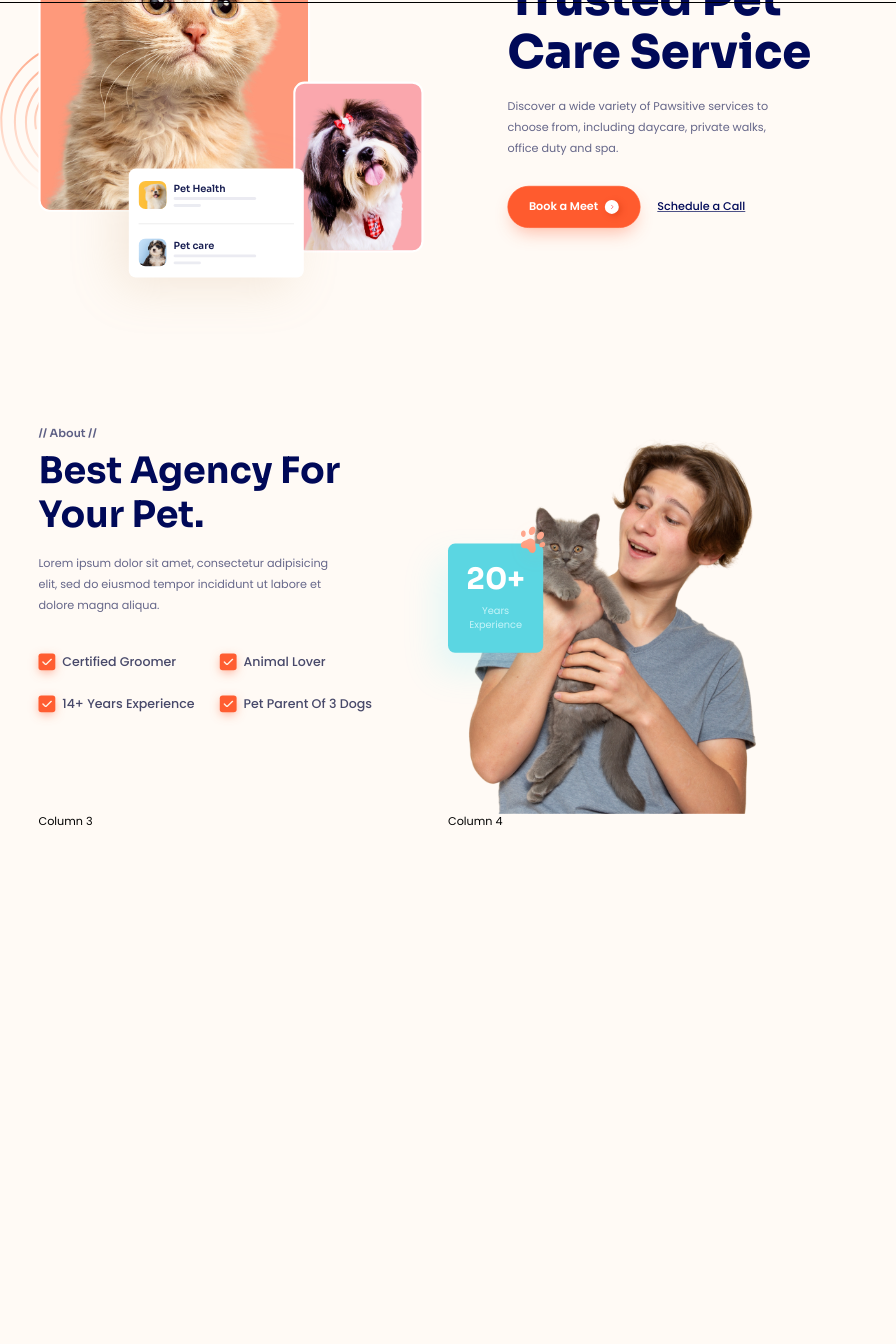
Repository: empty24062002/f8-project-05
Page: index.html
The author's editor kept a copy of each file at every save. The page is drawn from the files as they stood at one save, then again after the next save.
The browser window is 1280 px wide. The pictures show the part of the page from y = 361 to 2281 px (the page is 10965 px tall), at 70% of full size.

Above is the page before, as saved 2023-09-11 10:23:08.

### index.html
<!DOCTYPE html>
<html lang="en">
    <head>
        <meta charset="UTF-8" />
        <meta name="viewport" content="width=device-width, initial-scale=1.0" />
        <title>Lucy</title>
        <!-- favicon -->
        <link
            rel="apple-touch-icon"
            sizes="57x57"
            href="./assets/favicon/apple-icon-57x57.png"
        />
        <link
            rel="apple-touch-icon"
            sizes="60x60"
            href="./assets/favicon/apple-icon-60x60.png"
        />
        <link
            rel="apple-touch-icon"
            sizes="72x72"
            href="./assets/favicon/apple-icon-72x72.png"
        />
        <link
            rel="apple-touch-icon"
            sizes="76x76"
            href="./assets/favicon/apple-icon-76x76.png"
        />
        <link
            rel="apple-touch-icon"
            sizes="114x114"
            href="./assets/favicon/apple-icon-114x114.png"
        />
        <link
            rel="apple-touch-icon"
            sizes="120x120"
            href="./assets/favicon/apple-icon-120x120.png"
        />
        <link
            rel="apple-touch-icon"
            sizes="144x144"
            href="./assets/favicon/apple-icon-144x144.png"
        />
        <link
            rel="apple-touch-icon"
            sizes="152x152"
            href="./assets/favicon/apple-icon-152x152.png"
        />
        <link
            rel="apple-touch-icon"
            sizes="180x180"
            href="./assets/favicon/apple-icon-180x180.png"
        />
        <link
            rel="icon"
            type="image/png"
            sizes="192x192"
            href="./assets/favicon/android-icon-192x192.png"
        />
        <link
            rel="icon"
            type="image/png"
            sizes="32x32"
            href="./assets/favicon/favicon-32x32.png"
        />
        <link
            rel="icon"
            type="image/png"
            sizes="96x96"
            href="./assets/favicon/favicon-96x96.png"
        />
        <link
            rel="icon"
            type="image/png"
            sizes="16x16"
            href="./assets/favicon/favicon-16x16.png"
        />
        <link rel="manifest" href="./assets/favicon/manifest.json" />
        <meta name="msapplication-TileColor" content="#ffffff" />
        <meta
            name="msapplication-TileImage"
            content="./assets/favicon/ms-icon-144x144.png"
        />
        <meta name="theme-color" content="#ffffff" />
        <!-- reset CSS -->
        <link rel="stylesheet" href="./assets/css/reset.css" />
        <!-- embed font -->
        <link rel="preconnect" href="https://fonts.googleapis.com" />
        <link rel="preconnect" href="https://fonts.gstatic.com" crossorigin />
        <link
            href="https://fonts.googleapis.com/css2?family=Poppins:wght@300;400;500;600&family=Sora:wght@600;700;800&display=swap"
            rel="stylesheet"
        />
        <!-- style css -->
        <link rel="stylesheet" href="./assets/css/styles.css" />
    </head>
    <body>
        <!-- header -->
        <header class="header">
            <div class="container">
                <div class="header__inner">
                    <!-- logo -->
                    <a href="#!">
                        <img
                            src="./assets/img/logo.svg"
                            alt="Lucy"
                            class="header__logo"
                        />
                    </a>
                    <!-- navbar -->
                    <nav class="navbar">
                        <ul class="navbar__list">
                            <li class="navbar__item">
                                <a href="#!" class="navbar__link"> Home </a>
                            </li>
                            <li class="navbar__item">
                                <a href="#!" class="navbar__link"> About </a>
                            </li>
                            <li class="navbar__item">
                                <a href="#!" class="navbar__link"
                                    >Services & Rates
                                </a>
                            </li>
                            <li class="navbar__item">
                                <a href="#!" class="navbar__link"> Reviews </a>
                            </li>
                            <li class="navbar__item">
                                <a href="#!" class="navbar__link">
                                    Contacts us
                                </a>
                            </li>
                        </ul>
                    </nav>
                    <!-- header action -->
                    <div class="header-action">
                        <a href="#!" class="header-action__link">Sign in</a>
                        <a href="#!" class="btn header-action__btn">Sign up</a>
                    </div>
                </div>
            </div>
        </header>
        <!-- hero -->
        <section class="hero">
            <div class="container">
                <div class="hero__inner">
                    <!-- hero media -->
                    <div class="hero__media">
                        <div class="hero__img-wrap">
                            <img
                                src="./assets/img/hero__img1.png"
                                alt=""
                                class="hero__img"
                            />

                            <!-- Decorators -->
                            <img
                                src="./assets/img/decor__01.svg"
                                alt=""
                                class="hero__decor hero__decor-left"
                            />
                            <img
                                src="./assets/img/decor__02.svg"
                                alt=""
                                class="hero__decor hero__decor-right"
                            />
                        </div>
                        <div class="hero__img-wrap hero__img-wrap-small">
                            <img
                                src="./assets/img/hero__img2.png"
                                alt=""
                                class="hero__img"
                            />
                        </div>

                        <div class="hero__list">
                            <!-- hero list item 1 -->
                            <section class="hero-list-item">
                                <img
                                    src="./assets/img/hero__img3.png"
                                    alt=""
                                    class="hero-list-item__thump"
                                />
                                <div class="hero-list-item__info">
                                    <p class="hero-list-item__title">
                                        Pet Health
                                    </p>
                                    <div class="hero-list-item__skeleton"></div>
                                    <div
                                        class="hero-list-item__skeleton"
                                        style="--width: 39px"
                                    ></div>
                                </div>
                            </section>

                            <div class="hero-list-item__separate"></div>
                            <!-- hero list item 2 -->
                            <section class="hero-list-item">
                                <img
                                    src="./assets/img/hero__img4.png"
                                    alt=""
                                    class="hero-list-item__thump"
                                />
                                <div class="hero-list-item__info">
                                    <p class="hero-list-item__title">
                                        Pet care
                                    </p>
                                    <div class="hero-list-item__skeleton"></div>
                                    <div
                                        class="hero-list-item__skeleton"
                                        style="--width: 39px"
                                    ></div>
                                </div>
                            </section>
                        </div>
                    </div>
                    <!-- hero content -->
                    <section class="hero__content">
                        <h1 class="hero__heading">
                            Established & Trusted Pet Care Service
                        </h1>
                        <p class="hero__desc">
                            Discover a wide variety of Pawsitive services to
                            choose from, including daycare, private walks,
                            office duty and spa.
                        </p>
                        <div class="hero__row">
                            <a href="#!" class="btn btn--primary hero__cta-btn">
                                Book a Meet
                                <span class="btn__icon">
                                    <svg
                                        width="5"
                                        height="6"
                                        viewBox="0 0 5 6"
                                        fill="none"
                                        xmlns="http://www.w3.org/2000/svg"
                                    >
                                        <path
                                            d="M1.48584 0.5L3.98584 3L1.48584 5.5"
                                            stroke="#FD5056"
                                            stroke-linecap="round"
                                            stroke-linejoin="round"
                                        />
                                    </svg>
                                </span>
                            </a>
                            <a href="#!" class="hero__cta-link">
                                Schedule a Call
                            </a>
                        </div>
                    </section>
                </div>
            </div>
        </section>
        <main style="height: 10000px">
            <!-- about -->
            <section class="about">
                <div class="container">
                    <div class="about__inner">
                        <section class="about__content">
                            <p class="about__lable">// About //</p>
                            <h2 class="about__heading section-heading">
                                Best Agency For Your Pet.
                            </h2>
                            <p class="about__desc section-desc">
                                Lorem ipsum dolor sit amet, consectetur
                                adipisicing elit, sed do eiusmod tempor
                                incididunt ut labore et dolore magna aliqua.
                            </p>
                            <div class="about__checklist">
                                <span class="about__check-item">
                                    Certified Groomer
                                </span>
                                <span class="about__check-item">
                                    Animal Lover
                                </span>
                                <span class="about__check-item">
                                    14+ Years Experience
                                </span>
                                <span class="about__check-item">
                                    Pet Parent Of 3 Dogs
                                </span>
                            </div>
                        </section>
                        <div class="about__media">
                            <!-- About card -->
                            <div class="about__card">
                                <b class="about__card-title">20+</b>
                                <p class="about__card-desc">Years Experience</p>
                                <img
                                    src="./assets/img/about-decor1.svg"
                                    alt=""
                                    class="about__card-decor"
                                />
                            </div>
                            <!-- About img wrapper -->
                            <figure class="aobut__img-wrap">
                                <img
                                    src="./assets/img/about-img1.png"
                                    alt=""
                                    class="about__img"
                                />
                            </figure>
                        </div>
                        <div class="about__media">Column 3</div>
                        <section class="about__content">Column 4</section>
                    </div>
                </div>
            </section>
        </main>
    </body>
</html>

### assets/css/styles.css
* {
    box-sizing: border-box;
}

:root {
    --primary-color: #ff5b2e;
}

html {
    font-size: 62.5%;
}

body {
    font-size: 1.6rem;
    font-family: "Poppins", sans-serif;
    background: #fffaf5;
}

/* common */

h1,
h2,
h3,
h4,
h5,
h6 {
    font-family: "Sora", sans-serif;
}

input,
textarea,
select,
button {
    font-size: inherit;
    font-family: inherit;
}

a {
    text-decoration: none;
}

.container {
    width: 1170px;
    max-width: calc(100% - 48px);
    margin: 0 auto;
}

.btn {
    --height: 56px;

    display: inline-flex;
    align-items: center;
    justify-content: center;
    min-width: 130px;
    height: var(--height);
    line-height: var(--height);
    border: 1px solid rgb(0, 9, 88, 0.7);
    border-radius: 99px;
    color: #000958;
    text-align: center;
    font-size: 1.4rem;
    font-weight: 600;
}

.btn:hover {
    opacity: 0.8;
    cursor: pointer;
}

.btn--primary {
    background: var(--primary-color);
    color: #fff;
    border-color: var(--primary-color);
}

.btn__icon {
    display: flex;
    justify-content: center;
    align-items: center;
    margin-left: 10px;
    width: 20px;
    height: 20px;
    border-radius: 50%;
    background-color: #fff;
    box-shadow: 4px 3px 10px -1px rgba(191, 41, 0, 0.4);
}

.section-heading {
    color: #000958;
    font-family: "Sora", sans-serif;
    font-size: 5.2rem;
    font-weight: 700;
    line-height: 1.19;
}

.section-desc {
    margin-top: 24px;
    color: #656689;
    font-size: 1.6rem;
    font-weight: 400;
    line-height: 1.87; /* 187.5% */
}

/* header */
.header {
    padding: 26px 0;
}

.header__inner {
    display: flex;
    justify-content: space-between;
    align-items: center;
}

.navbar__list {
    display: flex;
}

.navbar__link,
.header-action__link {
    padding: 8px 18px;
    color: #5e6085;
    font-size: 1.4rem;
    font-weight: 500;
    line-height: 1; /* 100% */
}

.navbar__link:hover {
    color: #000958;
    text-shadow: 1px 0 0 currentColor;
}

.header-action__btn {
    --height: 50px;

    min-width: 117px;
}

/* hero */
.hero {
    margin-top: 74px;
}

.hero__inner {
    display: flex;
    justify-content: space-between;
    align-items: center;
    column-gap: 120px;
}

.hero__media {
    display: flex;
    position: relative;
    padding-bottom: 94px;
}

.hero__img-wrap {
    position: relative;
    display: flex;
    justify-content: center;
    align-items: flex-end;
    width: 388px;
    height: 488px;
    border: 3px solid #fff;
    border-radius: 16px;
    background: #fe997b;
}

.hero__img {
    max-width: 100%;
    max-height: 100%;
    border-radius: inherit;
}

.hero__decor {
    position: absolute;
    z-index: -1;
}

.hero__decor-left {
    left: -58px;
    bottom: 10px;
}

.hero__decor-right {
    top: 16px;
    right: -43px;
}

.hero__img-wrap-small {
    align-self: flex-end;
    width: 186px;
    height: 244px;
    margin: 0 0 -58px -24px;
    border: 2px solod #f7dddf;
    background: #faa7ad;
}

.hero__list {
    position: absolute;
    left: 129px;
    bottom: 0;
    width: 250px;
    height: 156px;
    padding: 18px 14px;
    border-radius: 10px;
    background: #fff;
    box-shadow: -17px 14px 68px -4px rgba(207, 174, 132, 0.25);
}

.hero-list-item {
    display: flex;
    align-items: center;
}

.hero-list-item:nth-of-type(2) .hero-list-item__thump {
    background-color: #c6e2fa;
}

.hero-list-item__thump {
    width: 40px;
    height: 40px;
    border-radius: 10px;
    object-fit: cover;
    background: #fec23f;
}

.hero-list-item__info {
    margin-left: 10px;
}

.hero-list-item__title {
    color: #181e52;
    font-family: "Sora", sans-serif;
    font-size: 1.4rem;
    font-weight: 600;
    line-height: 1;
}

.hero-list-item__separate {
    margin: 20px 0;
    width: 100%;
    height: 2px;
    background: #f2f2f2;
}

.hero-list-item__skeleton {
    margin-top: 6px;
    width: var(--width, 118px);
    height: 4px;
    border-radius: 10px;
    opacity: 0.08;
    background: #000958;
}

.hero__heading {
    color: #000958;
    font-size: 6.6rem;
    font-weight: 800;
    line-height: 1.15; /* 115.152% */
}

.hero__desc {
    width: 391px;
    margin-top: 24px;
    color: #656689;
    font-size: 1.6rem;
    font-weight: 400;
    line-height: 1.88;
}

.hero__row {
    display: flex;
    align-items: center;
    margin-top: 38px;
}

.hero__cta-btn {
    --height: 60px;

    min-width: 190px;
    font-size: 1.6rem;
    box-shadow: 0px 13px 26px -8px rgba(255, 91, 46, 0.42);
}

.hero__cta-link {
    margin-left: 24px;
    color: #000958;
    font-size: 1.6rem;
    font-weight: 500;
    line-height: 1;
    text-decoration: underline;
}
/* about */
.about {
    margin-top: 207px;
    padding: 8px 0;
}

.about__inner {
    display: grid;
    grid-template-columns: 1fr 1fr;
}

.about__lable {
    color: #5e6085;
    font-family: "Sora", sans-serif;
    font-size: 1.6rem;
    font-weight: 600;
    line-height: 1;
}

.about__heading {
    margin-top: 15px;
}

.about__heading,
.about__desc {
    width: 444px;
}

.about__checklist {
    display: grid;
    grid-template-columns: auto auto;
    justify-content: flex-start;
    gap: 36px;
    margin-top: 54px;
}

.about__check-item {
    position: relative;
    display: flex;
    align-items: center;
    column-gap: 10px;
    color: #48496a;
    font-size: 1.8rem;
    font-weight: 500;
    line-height: 1;
}

.about__check-item::before {
    content: "";
    display: inline-block;
    width: 24px;
    height: 24px;
    background: #ff5d31;
    box-shadow: 0px 4px 15px -3px #ff5d31b0;
    border-radius: 4px;
}

.about__check-item::after {
    content: url(../icons/check-item.svg);
    position: absolute;
    top: 2px;
    left: 5px;
}

.about__media {
    position: relative;
}

.about__card {
    position: absolute;
    width: 136px;
    top: 165px;
    left: 0;
    padding: 30px 26px;
    text-align: center;
    border-radius: 10px;
    background: #5bd6e2;
    box-shadow: -15px 26px 48px 0px rgba(85, 240, 255, 0.17);
}

.about__card-title {
    color: #fff;
    font-family: "Sora", sans-serif;
    font-size: 4.2rem;
    font-weight: 700;
    line-height: 1;
}

.about__card-desc {
    margin-top: 14px;
    color: #c6f4f9;
    font-size: 1.4rem;
    font-weight: 400;
    line-height: 1.42;
}

.about__card-decor {
    position: absolute;
    top: -40px;
    right: -32px;
}

.about__img-wrap {
    position: relative;
    width: 494px;
}

.about__img-wrap::after {
    position: absolute;
    content: "";
    height: 336px;
    inset: auto 0 0 0;
    border-radius: 16px;
    background: linear-gradient(180deg, #fce0ef 0%, #fac3d1 100%);
}

.about__img {
    width: 450px;
}

Loaded but not shown: assets/css/reset.css (common file)

After the next save:
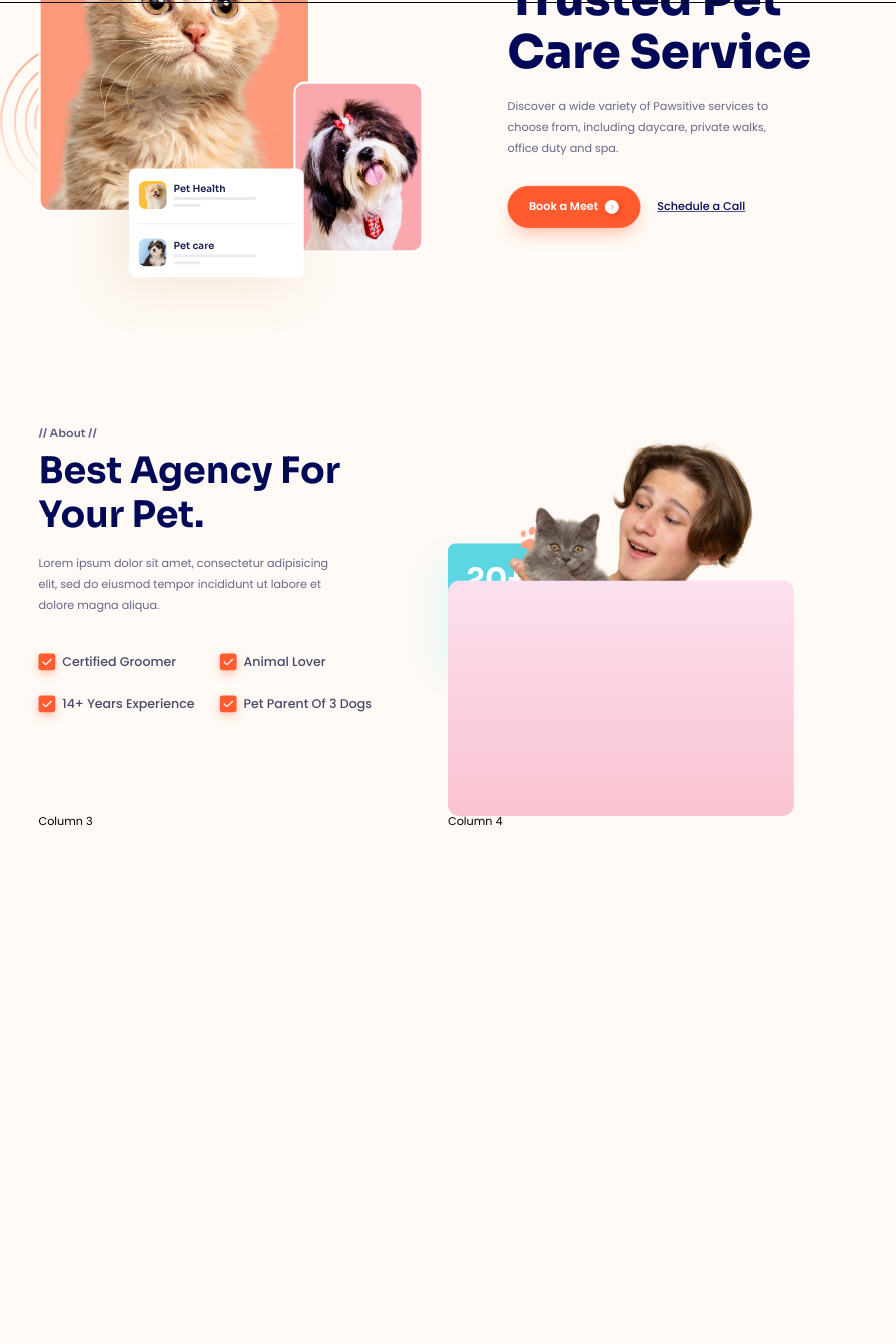
Saved 26 s later.
--- a/index.html
+++ b/index.html
@@ -292,7 +292,7 @@
                                 />
                             </div>
                             <!-- About img wrapper -->
-                            <figure class="aobut__img-wrap">
+                            <figure class="about__img-wrap">
                                 <img
                                     src="./assets/img/about-img1.png"
                                     alt=""
